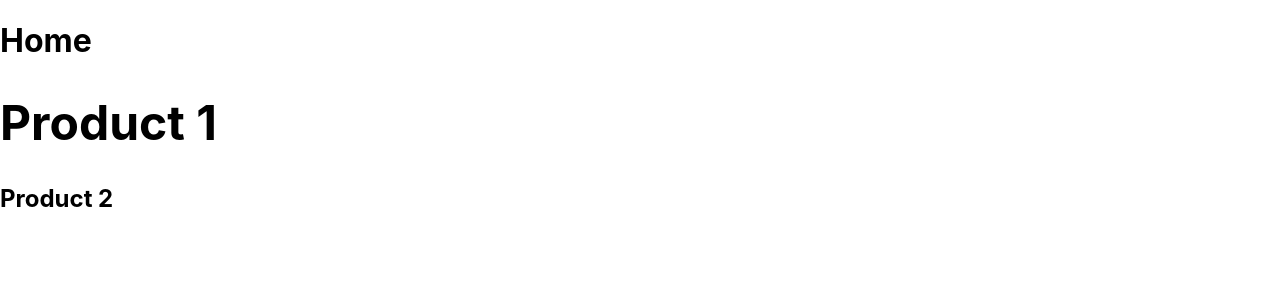
Repository: OmniaRafat232111121/NextJsTutrials
Page: /product
These files come from the project's save history. The page is drawn as it stood at one moment and after a run of saves; the edit follows.
The browser window is 1280 px wide. The pictures show the whole page.
The project was rebuilt for these pictures with package versions that can differ from the ones it lists, and the page was loaded fresh each time. The framework's server and built-in components were replaced by stand-ins that run in the browser. Also part of the build but not shown: next.config.js.

Above is the page before, as saved 2022-11-13 12:35:53.

After the next 2 saves:
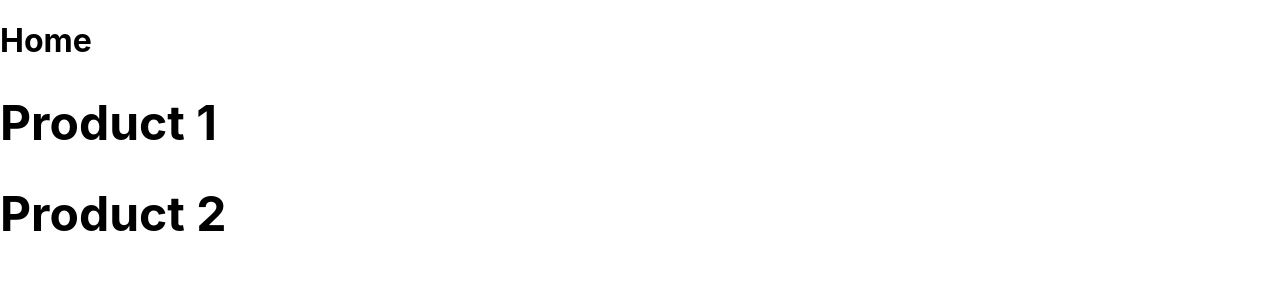
The 2 saves are shown as one change because they came seconds apart.
The last was saved 6 s later.
--- a/pages/product/index.js
+++ b/pages/product/index.js
@@ -14,7 +14,7 @@ const productList = () => {
       </h2>
           <h2>
         <Link href="/product/2">
-          <a>Product 2</a>
+          <h1>Product 2</h1>
         </Link>
       </h2>
 
